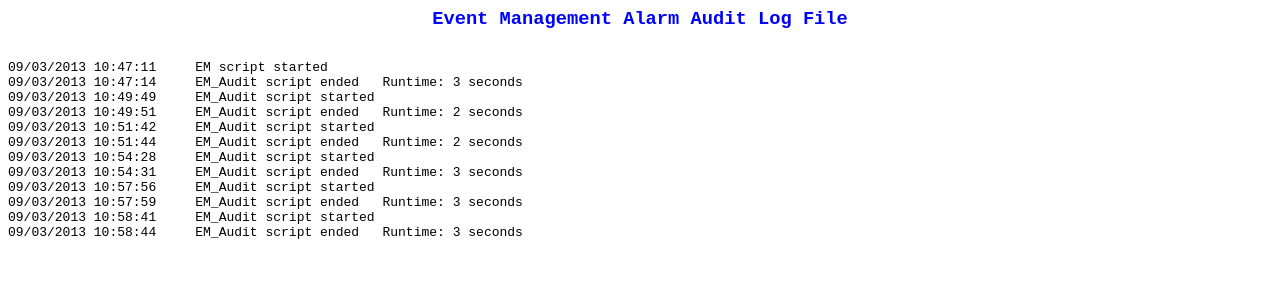
Repository: jerrywthompson/createRecipeWebpageHTML
Page: LogFile.html
An editor plug-in stored every save of this project. The page is shown before and after the next save, followed by the edit.
The browser window is 1280 px wide. The pictures show the whole page.

Above is the page before, as saved 2021-02-23 11:25:20.

After the next save:
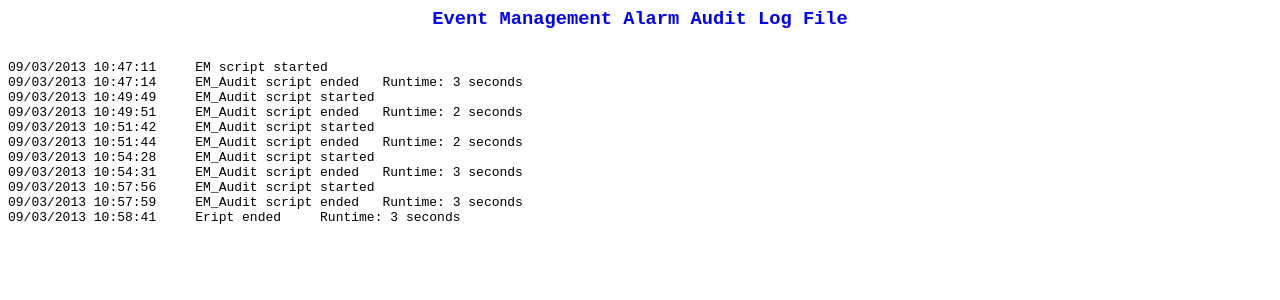
Saved 10 s later.
--- a/LogFile.html
+++ b/LogFile.html
@@ -3,4 +3,4 @@
 		<pre>
 <font color='blue'><center><b><big><big>Event Management Alarm Audit Log File</center></big></big></b></font>
 
-09/03/2013 10:47:11	EM script started<br/>09/03/2013 10:47:14	EM_Audit script ended	Runtime: 3 seconds<br/>09/03/2013 10:49:49	EM_Audit script started<br/>09/03/2013 10:49:51	EM_Audit script ended	Runtime: 2 seconds<br/>09/03/2013 10:51:42	EM_Audit script started<br/>09/03/2013 10:51:44	EM_Audit script ended	Runtime: 2 seconds<br/>09/03/2013 10:54:28	EM_Audit script started<br/>09/03/2013 10:54:31	EM_Audit script ended	Runtime: 3 seconds<br/>09/03/2013 10:57:56	EM_Audit script started<br/>09/03/2013 10:57:59	EM_Audit script ended	Runtime: 3 seconds<br/>09/03/2013 10:58:41	EM_Audit script started<br/>09/03/2013 10:58:44	EM_Audit script ended	Runtime: 3 seconds<br/>
+09/03/2013 10:47:11	EM script started<br/>09/03/2013 10:47:14	EM_Audit script ended	Runtime: 3 seconds<br/>09/03/2013 10:49:49	EM_Audit script started<br/>09/03/2013 10:49:51	EM_Audit script ended	Runtime: 2 seconds<br/>09/03/2013 10:51:42	EM_Audit script started<br/>09/03/2013 10:51:44	EM_Audit script ended	Runtime: 2 seconds<br/>09/03/2013 10:54:28	EM_Audit script started<br/>09/03/2013 10:54:31	EM_Audit script ended	Runtime: 3 seconds<br/>09/03/2013 10:57:56	EM_Audit script started<br/>09/03/2013 10:57:59	EM_Audit script ended	Runtime: 3 seconds<br/>09/03/2013 10:58:41	Eript ended	Runtime: 3 seconds<br/>
